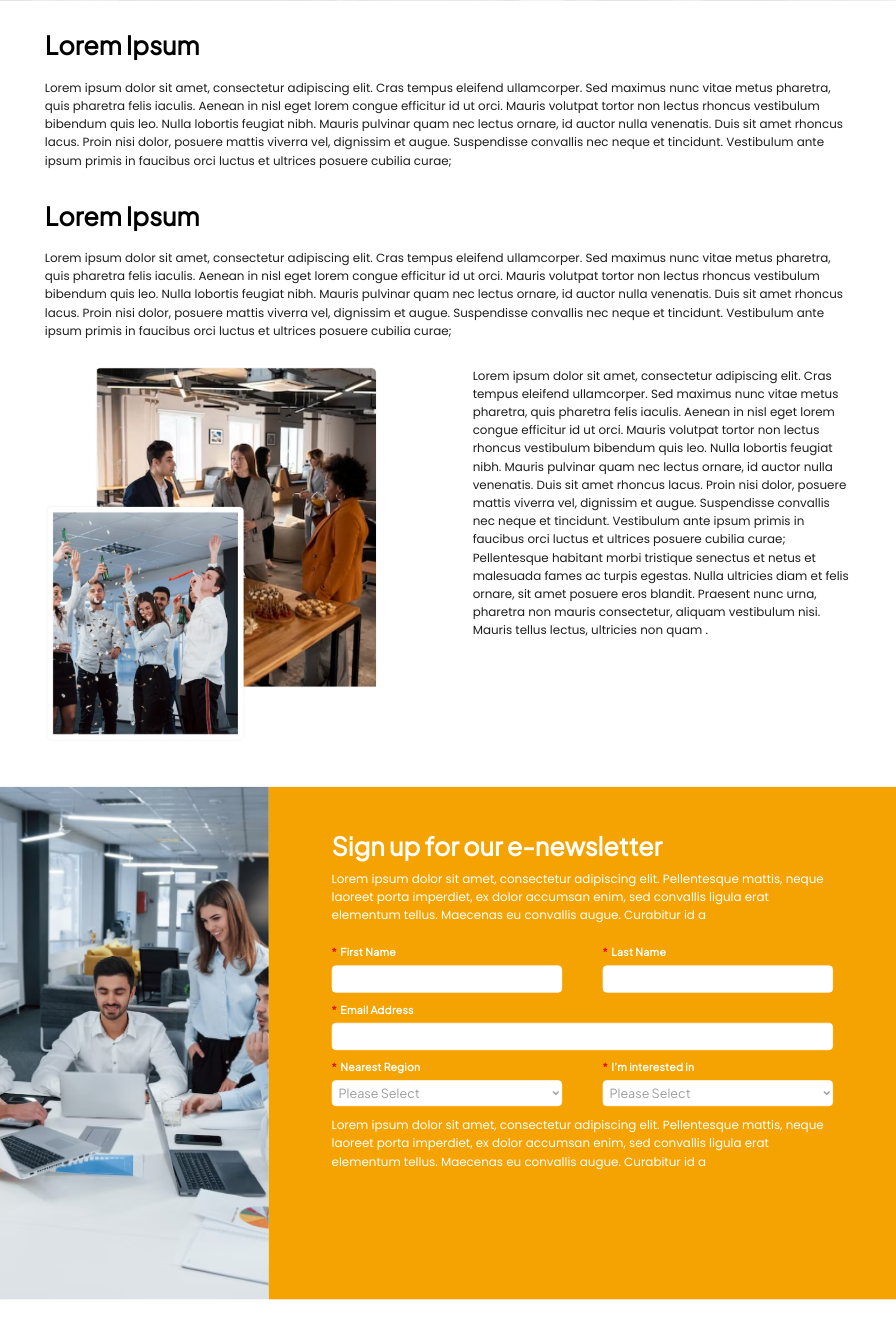
Repository: Akash8377/Hospitality-website
Page: /about-us
An editor plug-in stored every save of this project. The page is shown before and after the next save, followed by the edit.
The browser window is 1280 px wide. The pictures show the part of the page from y = 683 to 2603 px (the page is 2603 px tall), at 70% of full size.
Some web libraries are served in a nearby version. The project was rebuilt for these pictures with package versions that can differ from the ones it lists, and the page was loaded fresh each time. Also part of the build but not shown: src/Component/Partial/heading-cont.js, src/Component/Shared/about-us.js, src/Component/Shared/Banner.js, src/Component/Shared/popular-jobs.js, src/Component/Sliders/ServiceSlider.js, src/Component/Sliders/ReviewSlider.js, src/Component/Partial/index-banner.js, src/Component/Partial/index-buisness-banner.js and 2 more.

Above is the page before, as saved 2023-07-07 12:16:14.

After the next save:
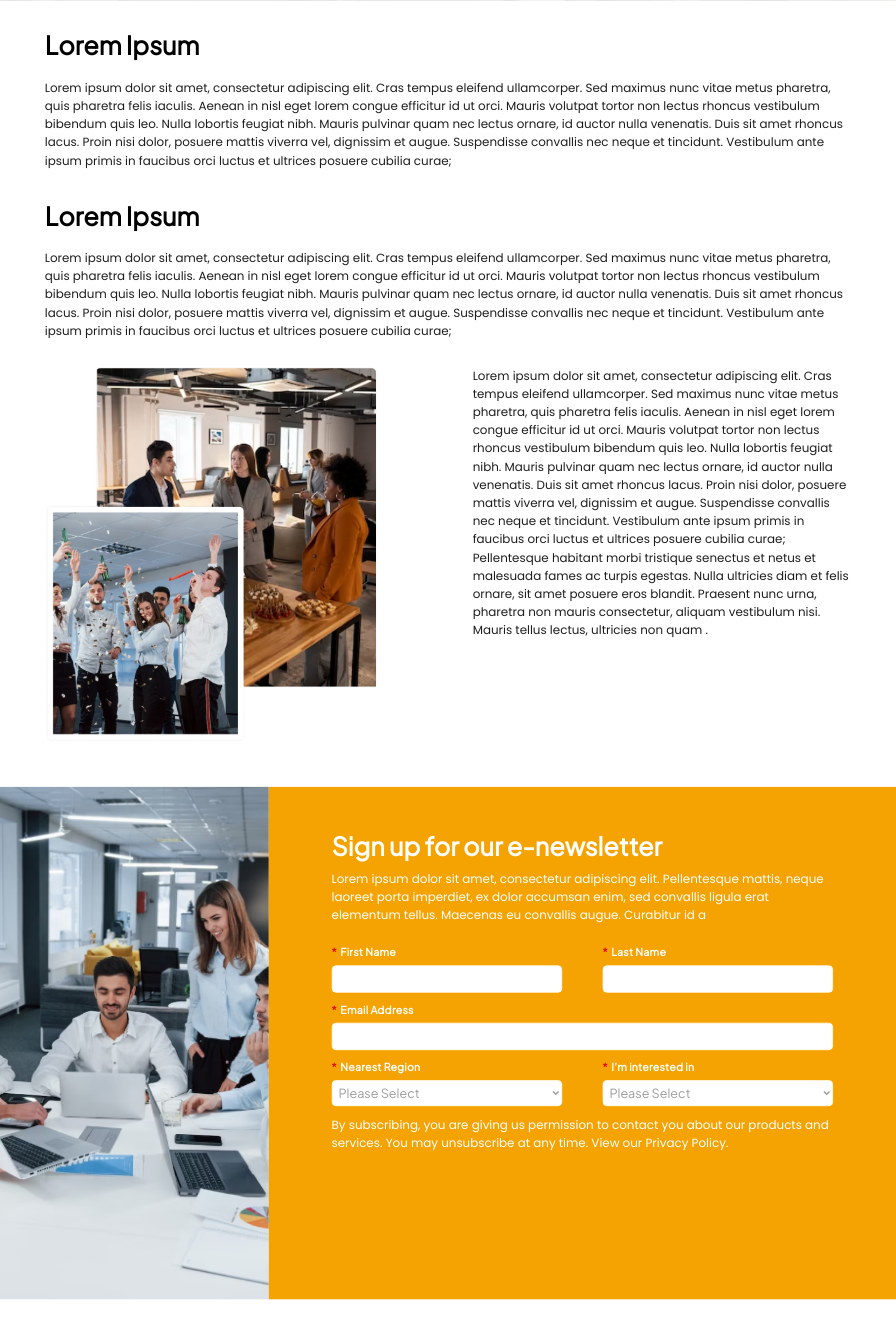
Saved 7 s later.
--- a/src/Component/Partial/About Us Component/Newsletter.js
+++ b/src/Component/Partial/About Us Component/Newsletter.js
@@ -62,10 +62,7 @@ const Newsletter = () => {
           </form>
 
           <p className="desc">
-            Lorem ipsum dolor sit amet, consectetur adipiscing elit.
-            Pellentesque mattis, neque laoreet porta imperdiet, ex dolor
-            accumsan enim, sed convallis ligula erat elementum tellus. Maecenas
-            eu convallis augue. Curabitur id a
+          By subscribing, you are giving us permission to contact you about our products and services. You may unsubscribe at any time. View our Privacy Policy.
           </p>
         </div>
       </div>
